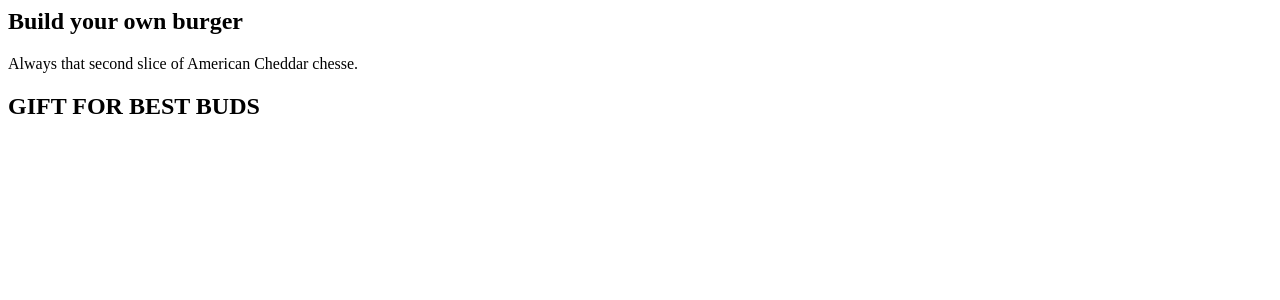
Repository: allankchow/big-boy-burgers
Page: http://localhost/template-parts/home/content-two_cards.php
The author's editor kept a copy of each file at every save. The page is drawn from the files as they stood at one save, then again after the next save.
The browser window is 1280 px wide. The pictures show the whole page.
The page is run by PHP 8.4 with error messages shown; the project is at /var/www/html/.

Above is the page before, as saved 2024-04-22 22:11:31.

### template-parts/home/content-two_cards.php
<div class="container cards-wrapper">
    <div class="card">
        <div class="card-image card-image-1"></div>
        <div class="card-content">
            <h2>Build your own burger</h2>
            <p>Always that second slice of American Cheddar chesse.</p>
        </div>
    </div>
    <div class="card">
        <div class="card-image card-image-2"></div>
        <div class="card-content">
            <h2>GIFT FOR BEST BUDS</h2>
            <p></p>
        </div>

    </div>
</div>

After the next save:
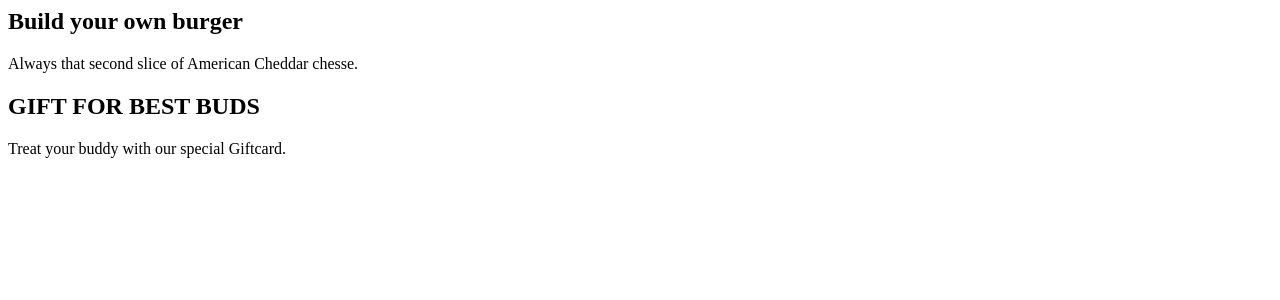
Saved 46 s later.
--- a/template-parts/home/content-two_cards.php
+++ b/template-parts/home/content-two_cards.php
@@ -10,7 +10,7 @@
         <div class="card-image card-image-2"></div>
         <div class="card-content">
             <h2>GIFT FOR BEST BUDS</h2>
-            <p></p>
+            <p>Treat your buddy with our special Giftcard.</p>
         </div>
 
     </div>
